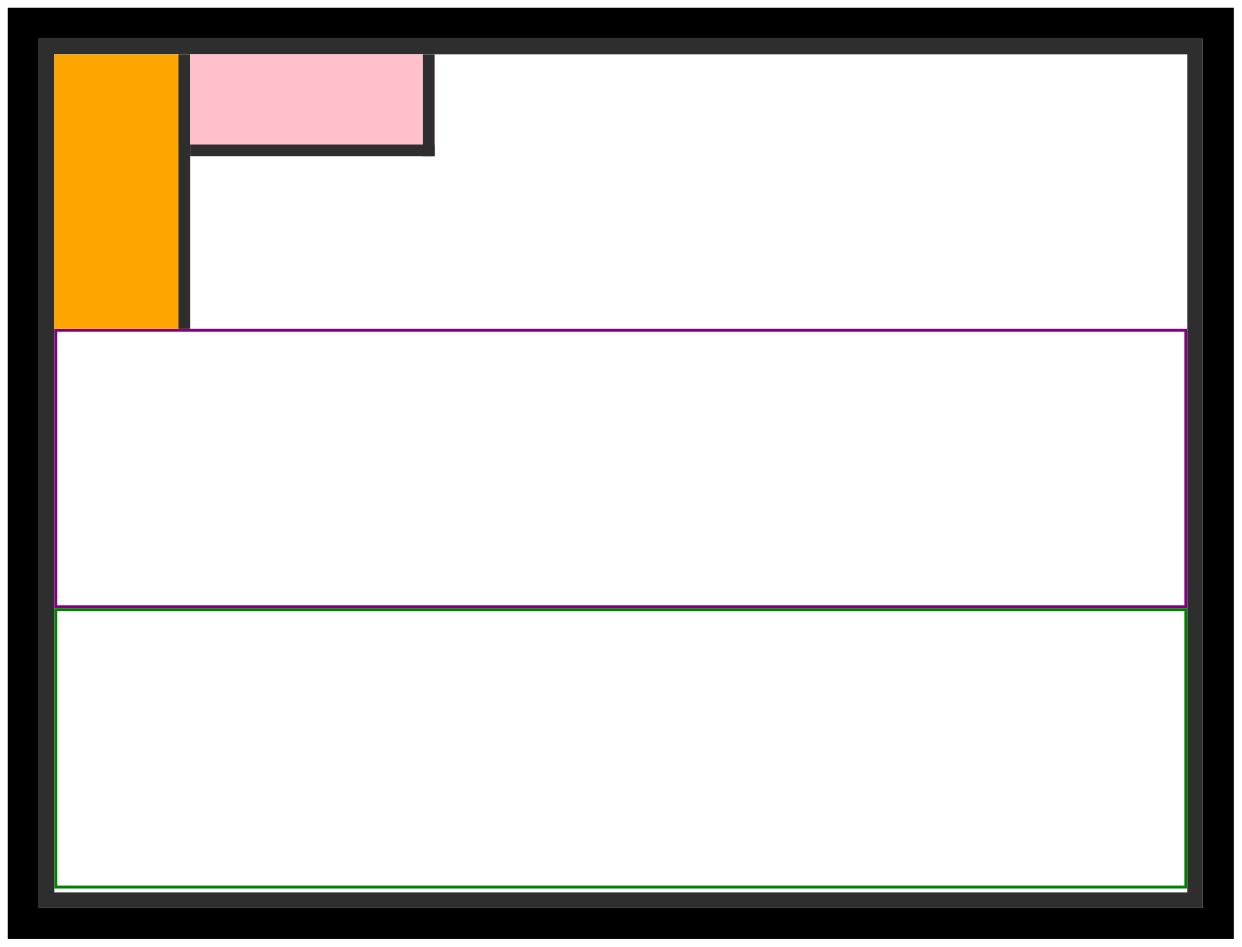
Repository: Tsardines/mondrian
Page: index.html
These files come from the project's save history. The page is drawn as it stood at one moment and after the next save; the edit follows.
The browser window is 1280 px wide. The pictures show the whole page, at 97% of full size.
Some web fonts or font styles are not loaded; a fallback is used.

Above is the page before, as saved 2019-10-20 16:19:57.

### index.html
<!DOCTYPE html>
<html>
  <head>
    <meta charset="UTF-8">
  <meta http-equiv="X-UA-Compatible" content="IE=edge,chrome=1">
  <meta name="viewport" content="width=device-width,initial-scale=1">
    <title>title</title>
  <meta name="author" content="name">
  <meta name="description" content="description here">
  <meta name="keywords" content="keywords,here">
  <link rel="stylesheet" href="//fonts.googleapis.com/css?family=font1|font2|etc" type="text/css">
  <link rel="stylesheet" href="styles.css" type="text/css">
  </head>
  <body>

    <div id="canvas">
        <div class="grid__container">
            <div class="grid__top">
                <div class="rect--vert"></div>
                <div class="rect--hori"></div>
                <div class="sq--hori"></div>


            </div>
            <div class="grid__middle">



            </div>
            <div class="grid__bottom">



            </div>
    </div>
</div>

  </body>
</html>

### styles.css
#canvas {
    border: 2rem solid black;
    /* display: block; */
    height: 56rem;
}

.grid__container {
    border: 1rem solid rgb(46, 46, 46);
    height: 54rem;
}

.grid__top {
    /* border: 3px solid red; */
    display: flex;
    height: 32.7%;
}

.grid__middle {
    border: 3px solid purple;
    height: 32.7%;
}

.grid__bottom {
    border: 3px solid green;
    height: 32.7%;
}

.rect--vert {
    background-color: orange;
    border-right: 0.75rem solid rgb(46, 46, 46);
    height: 100%;
    width: 8rem;
}

.rect--hori {
    background-color: pink;
    border-bottom: 0.75rem solid rgb(46, 46, 46);
    border-right: 0.75rem solid rgb(46, 46, 46);
    height: 33%;
    width: 15rem;
}

.sq--hori {
    background-color: lightcoral;
}

After the next save:
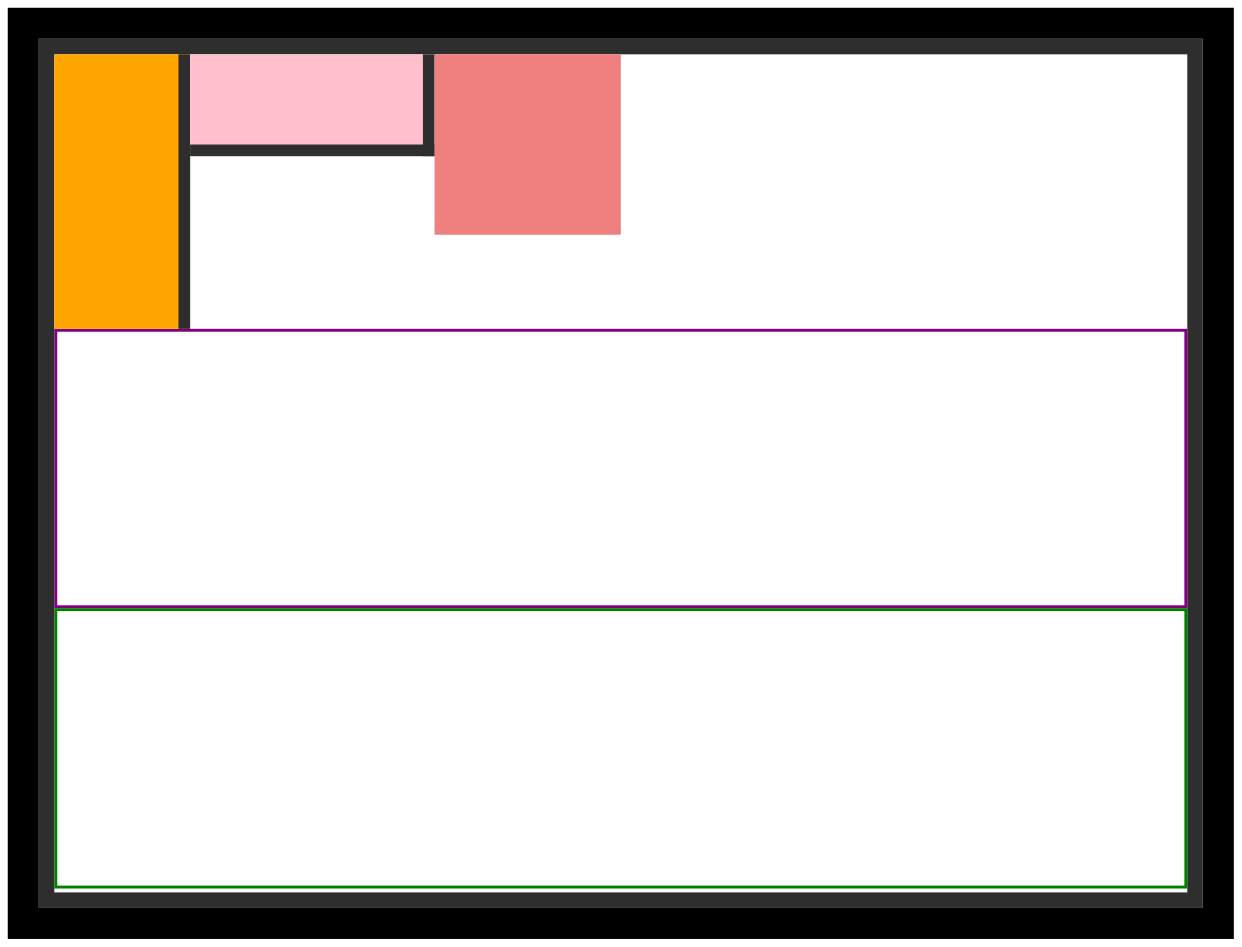
Saved 10 s later.
--- a/styles.css
+++ b/styles.css
@@ -42,4 +42,6 @@
 
 .sq--hori {
     background-color: lightcoral;
+    height: 66%;
+    width: 12rem;
 }
